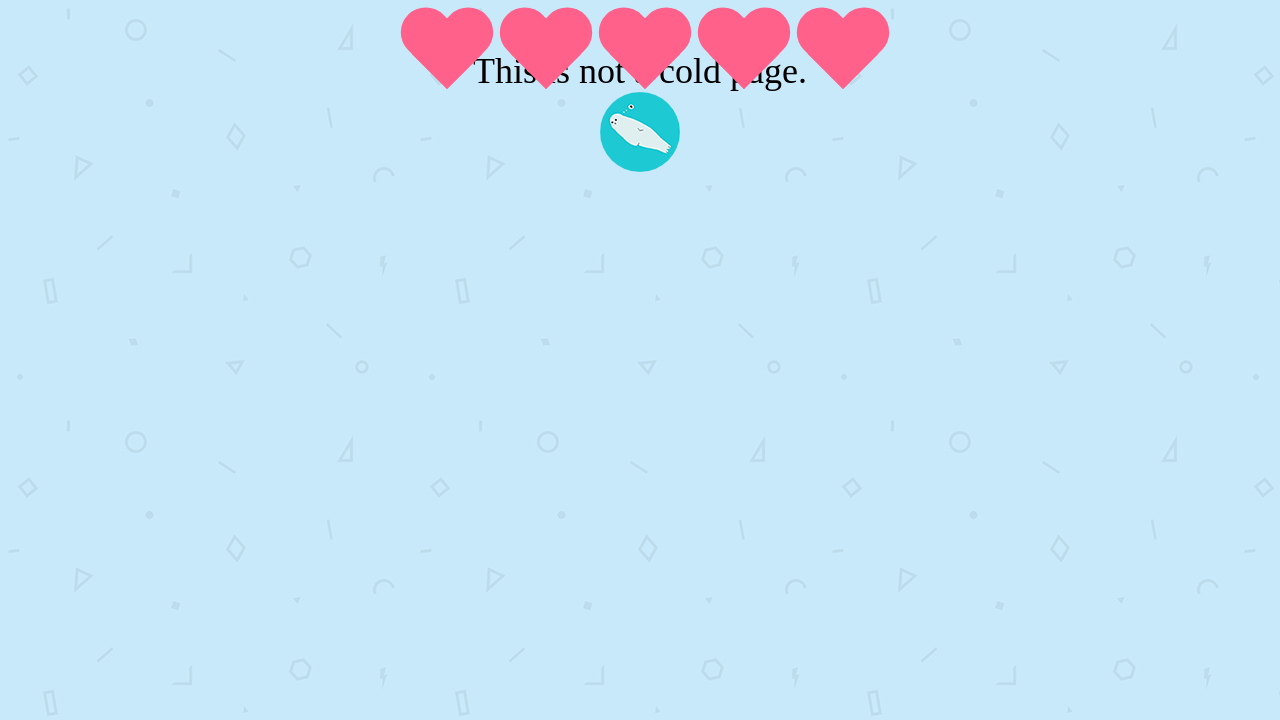
Repository: yiy225/yiy225.github.io
Page: page 3.html
The author's editor kept a record of every edit. The page is drawn from the files as they stood at one moment, then again after the next edit.
The browser window is 1280 px wide. The pictures show the whole page.

Above is the page before.

After the next edit:
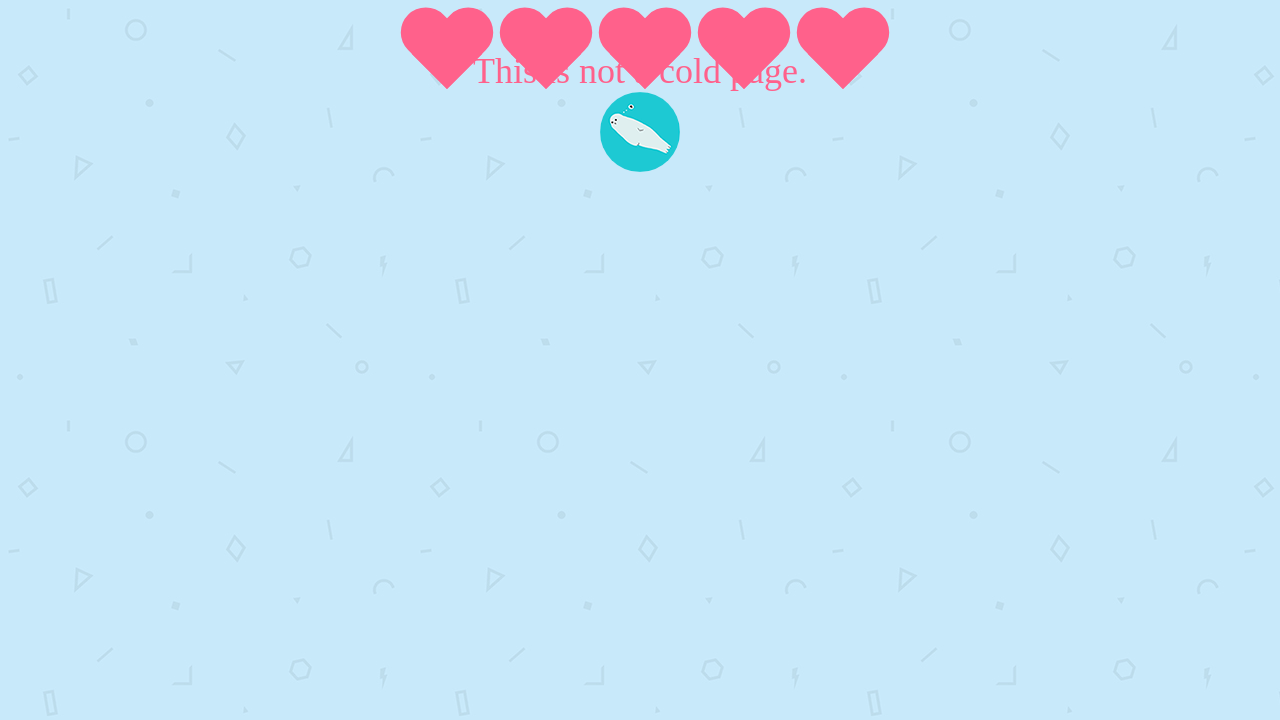
The edit:
--- a/styles 3.css
+++ b/styles 3.css
@@ -1,7 +1,7 @@
 body {
     background-image: url(geometry.jpg);
     background-repeat: repeat;
-    color: black;
+    color: #FF618B;
     font-size: 36px;
     font-family: 'Bookman Old Style', serif;
     text-align: center;
